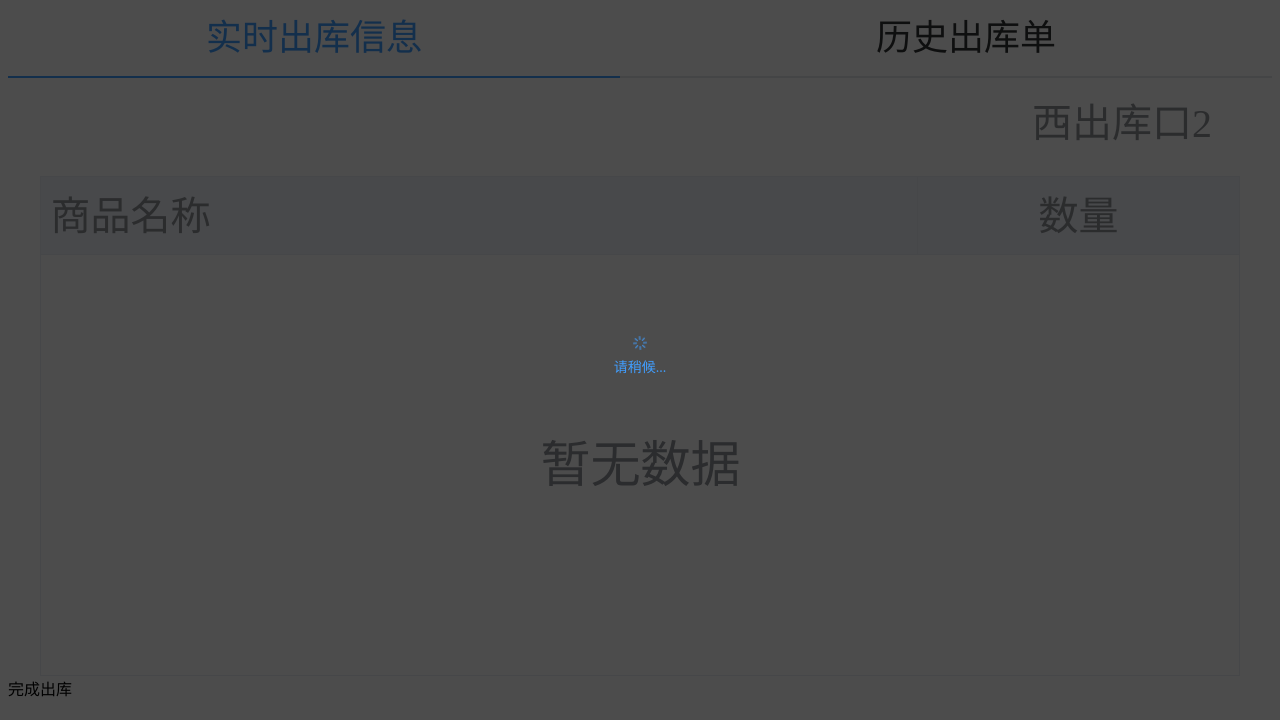
Repository: yaesass/yaesass
Page: /#/InStockDetail (app in scancode/)
An editor plug-in stored every save of this project. The page is shown before and after the next save, followed by the edit.
The browser window is 1280 px wide. The pictures show the whole page.
The page's requests for data from a server got no answer. The project was rebuilt for these pictures with package versions that can differ from the ones it lists, and the page was loaded fresh each time. No one was signed in, and anything a server would have sent is missing. Also part of the build but not shown: scancode/vue.config.js.

Above is the page before, as saved 2022-07-01 11:16:38.

### scancode/src/main.js
import Vue from 'vue'
import App from './App.vue'
import router from './router/index.js'

import ElementUI from 'element-ui';
import 'element-ui/lib/theme-chalk/index.css';

import axios from 'axios'
Vue.use(ElementUI);
Vue.config.productionTip = false
Vue.prototype.$axios = axios
new Vue({
  el: '#app',
  axios,
  router,
  render: h => h(App)
}).$mount('#app')

### scancode/src/App.vue
<template>
  <div id="app">
    <!-- Name {{ Name }} token {{ token }} Type {{ Type }} Remarks {{ Remarks }} -->
    <router-view></router-view>
  </div>
</template>
<script>
export default {
  name: "App",
  data() {
    return {
      // show: "",
      // activeName: "待生产订单",
      // list: [],
      // listLoading: true,
      // queryForm: {
      //   CurrentPage: 1,
      //   PageSize: 999999,
      // },
      // intervalId: null,
      // messageObj: "",
    };
  },
  created() {
    //获取winform数据
    let Name, token, Type, Remarks;
    // Name = this.getQueryString("Name");
    // token = "Bearer" + " " + this.getQueryString("token");
    // Type = this.getQueryString("DeliveryType");
    // Remarks = this.getQueryString("Remarks");
    token =
      "Bearer admin-accessToken-eyJ0eXAiOiJKV1QiLCJhbGciOiJIUzI1NiJ9.eyJpZCI6IkVBNDY5MDAwLUEwRTMtNDM2NS04OEU1LTYzNTk4MUQxNzM2NSIsIm5hbWUiOiLmiavnoIEifQ.ysDSnXIKlGLatjoH2wUIq0r65R8tv9DP_CH0vsOTbN0";
    Name = "out4";
    Type = "out";
    // Name = "in4";
    // Type = "in";
    Remarks = "西出库口2";
    if (Type == "in") {
      this.$router.push({
        name: "InStock",
        params: { Name, token, Type, Remarks },
      });
    } else {
      this.$router.push({
        name: "OutStock",
        params: { Name, token, Type, Remarks },
      });
    }
  },
  beforeDestroy() {
    // this.isDestroyed = true;
    // this.ws.close("测试");
  },
  methods: {
    //接收winform数据
    getQueryString(name) {
      var reg = new RegExp("(^|&)" + name + "=([^&]*)(&|$)");
      var r = window.location.search.substr(1).match(reg);
      if (r != null) return decodeURI(r[2]);
      return null;
    },
  },
};
</script>

### scancode/src/router/index.js
import Vue from 'vue'
import VueRouter from 'vue-router'
// import HomeView from '../views/mainPage/mainPage.vue'

Vue.use(VueRouter)

const routes = [
  {
    path: '/',
    name: 'home',
  },
  {
    path: '/InStock',
    name: 'InStock',
    // route level code-splitting
    // this generates a separate chunk (about.[hash].js) for this route
    // which is lazy-loaded when the route is visited.
    component: () => import(/* webpackChunkName: "about" */ '../views/InStock.vue')
  }, {
    path: '/InStockDetail',
    name: 'InStockDetail',
    // route level code-splitting
    // this generates a separate chunk (about.[hash].js) for this route
    // which is lazy-loaded when the route is visited.
    component: () => import(/* webpackChunkName: "about" */ '../views/InStockDetail.vue')
  }, {
    path: '/OutStock',
    name: 'OutStock',
    // route level code-splitting
    // this generates a separate chunk (about.[hash].js) for this route
    // which is lazy-loaded when the route is visited.
    component: () => import(/* webpackChunkName: "about" */ '../views/OutStock.vue')
  }
]



const router = new VueRouter({
  routes
})

export default router

### scancode/src/views/InStockDetail.vue
<template>
  <div>
    <div class="orderName">{{ orderName }}</div>
    <el-table
      :data="list"
      border
      :header-cell-style="{
        background: '#F2F6FC',
        height: '48px',
        color: '#909399',
        fontSize: '40px',
      }"
      :cell-style="{ padding: '0px' }"
      :row-style="{ height: '97px' }"
      style="font-size: 50px; width: 910px; margin: 0 auto"
      ref="table"
      height="450"
    >
      <el-table-column label="商品名称" style="heihgt: 97px">
        <template slot-scope="scope">
          <span v-html="scope.row.name"></span>
        </template>
      </el-table-column>
      <el-table-column align="center" label="数量" width="323">
        <template slot-scope="scope">
          <div style="color: red">{{ scope.row.num }}</div>
        </template>
      </el-table-column>
    </el-table>
    <div
      style="display: flex; justify-content: space-between; margin: 50px 100px"
    >
      <div v-if="list == ''" class="inzeroa" @click="EditCloseOrderState()">
        <div class="btntxt">取消入库</div>
      </div>
      <div v-else class="inzeroa" @click="DelCodeOrder()">
        <div class="btntxt">回滚订单</div>
      </div>
      <div class="inzero" @click="finish()" disabled>
        <div class="btntxt">完成入库</div>
      </div>
    </div>
  </div>
</template>

<script>
export default {
  name: "InStock",
  data() {
    return {
      token: "",
      Name: "",
      Type: "",
      Remarks: "",
      orderName: "",
      list: [], //列表数据
      errMessage: "", //网络异常提示
      ws: "", //websocket
    };
  },
  created() {
    this.token = this.$route.params.token;
    this.Name = this.$route.params.Name;
    this.Type = this.$route.params.Type;
    this.Remarks = this.$route.params.Remarks;

    this.GetScanningOrder();

    // console.log("扫码页", this.$route.params);
  },
  mounted() {},

  destroyed() {
    // 页面销毁
  },
  methods: {
    //查询有没有正在扫码的订单
    GetScanningOrder(e) {
      let that = this;
      that.list = [];
      that.$axios
        .post(
          "https://www.moondeity.com:8308/api/Areas/OrderInfo/GetScanningOrder",
          {
            Type: that.Name,
          },
          {
            headers: {
              Authorization: that.token,
            },
          }
        )
        .then(function (response) {
          let reqdata = response.data.data;
          // console.log("查询入库订单状态", reqdata.dt);
          if (that.ws != "") {
            that.ws.onclose = function () {
              console.log("主动关闭websocket");
            };
            that.ws.close();
          }
          if (reqdata.dt != "") {
            if (reqdata.dt[0].RealQuantity > 0) {
              //显示已扫描数据
              let num = reqdata.dt[0].RealQuantity;
              let name = reqdata.dt[0].Remarks.split(">")[1].split("第")[0]; //截取remarks获得产品名
              that.list.push({
                id: reqdata.dt[0].ProductId,
                name,
                num,
              });
              console.log("表格list", that.list);
            }
            that.Id = reqdata.dt[0].Id;
            that.orderName = reqdata.dt[0].Remarks.replace("<br/>", "");
            that.start();
          } else {
            let { Name, token, Type, Remarks } = that;
            that.$router.push({
              name: "InStock",
              params: { Name, token, Type, Remarks },
            });
          }
        })
        .catch(function (error) {
          console.log("查询入库订单状态error", error);
          if (that.errMessage == "") {
            if (e == "err") {
              that.$loading().close();
            }
            that.$loading({
              lock: true,
              text: "网络异常，重新连接中",
              spinner: "el-icon-loading",
              background: "rgba(0, 0, 0, 0.7)",
            });
          }

          setTimeout(() => {
            that.GetScanningOrder("err");
          }, 3000);
        });
    },

    //开始websocket
    start() {
      this.$loading({
        lock: true,
        text: "正在与服务器连接...",
        spinner: "el-icon-loading",
        background: "rgba(0, 0, 0, 0.7)",
      });
      let webhttp = "ws://192.168.99.175:8383/" + this.Name;
      var that = this;
      if (window.WebSocket) {
        console.log("  that.ws ", that.ws);

        var wsImpl = window.WebSocket || window.MozWebSocket;
        that.ws = new wsImpl(webhttp);

        that.ws.onmessage = function (e) {
          console.log("Socket消息", e);
          if (e.data != "connect") {
            let temp = JSON.parse(e.data);
            console.log("websocket数据", temp);
            if (temp.code == 201) {
              const h = that.$createElement;
              let tempHtml = h(
                "p",
                {
                  style:
                    " width: 100%; display:flex;align-items: center;justify-content: space-between;",
                },
                [h("span", undefined, temp.msg)]
              );
              that.messageObj = that.$message({
                dangerouslyUseHTMLString: true,
                duration: 2000,
                type: "warning",
                message: tempHtml,
                customClass: "workShop_message",
              });
            }
            if (temp.code == 200) {
              let id = temp.data.Id,
                name = temp.data.Name;
              if (that.list.length == 0) {
                that.list.push({
                  id,
                  name,
                  num: 1,
                });
              } else {
                let key = false,
                  t;
                for (let i in that.list) {
                  if (id == that.list[i].id) {
                    key = true;
                    t = i;
                    that.list[i].num++;
                    break;
                  }
                }
                if (key) {
                  let temp = that.list[t];
                  that.list.splice(t, 1);
                  that.list.push(temp);
                } else {
                  that.list.push({
                    id,
                    name,
                    num: 1,
                  });
                }
              }
              // setTimeout(() => {
              //   that.$refs.table.bodyWrapper.scrollTop =
              //     that.$refs.table.bodyWrapper.scrollHeight;
              // }, 50);
            }
          }
        };
        that.ws.onopen = function () {
          // that.message("连接成功");
          that.$loading().close();

          if (that.errMessage != "") {
            that.errMessage.close();
            that.errMessage = "";
          }
        };
        that.ws.onclose = function (e) {
          console.log("close", e);

          that.reconnect();
        };
        that.ws.error = function () {
          console.log("error");

          that.reconnect();
        };
      }
    },

    reconnect() {
      console.log("reconnect连接断开");

      if (this.errMessage == "") {
        this.$loading().close();
        this.$loading({
          lock: true,
          text: "网络异常，重新连接中...",
          spinner: "el-icon-loading",
          background: "rgba(0, 0, 0, 0.7)",
        });
        const h = this.$createElement;
        let tempHtml = h(
          "p",
          {
            style:
              " width: 100%; display:flex;align-items: center;justify-content: space-between;",
          },
          [h("span", undefined, "网络异常，重新连接中")]
        );
        this.errMessage = this.$message({
          dangerouslyUseHTMLString: true,
          duration: 0,
          type: "error",
          message: tempHtml,
          customClass: "workShop_message",
        });
      }
      var that = this;
      setTimeout(function () {
        that.GetScanningOrder();
      }, 5000);
    },

    //入库订单没有扫码的情况下取消
    EditCloseOrderState() {
      let that = this;
      that
        .$confirm("此操作将取消入库, 是否继续?", "提示", {
          confirmButtonText: "确定",
          cancelButtonText: "取消",
          type: "warning",
        })
        .then(() => {
          that.$axios
            .post(
              "https://www.moondeity.com:8308/api/Areas/OrderInfo/EditCloseOrderState",
              {
                OrderId: that.Id,
              },
              {
                headers: {
                  Authorization: that.token,
                },
              }
            )
            .then(function (response) {
              console.log("入库订单没有扫码的情况下取消", response.data.msg);
              that.message(response.data.msg);
              that.GetScanningOrder();
            })
            .catch(function (error) {
              console.log(error);
            });
        })
        .catch(() => {});
    },

    //入库订单已经扫码的情况下回滚
    DelCodeOrder() {
      let that = this;
      that
        .$confirm("此操作将回滚订单且需重新扫描产品, 是否继续?", "提示", {
          confirmButtonText: "确定",
          cancelButtonText: "取消",
          type: "warning",
        })
        .then(() => {
          that.$axios
            .post(
              "https://www.moondeity.com:8308/api/Areas/OrderInfo/DelCodeOrder",
              {
                Id: that.Id,
              },
              {
                headers: {
                  Authorization: that.token,
                },
              }
            )
            .then(function (response) {
              console.log("入库订单已经扫码的情况下回滚", response.data.msg);
              that.GetScanningOrder();
            })
            .catch(function (error) {
              console.log("入库订单已经扫码的情况下回滚", error);
            });
        })
        .catch(() => {
          // that.message("已取消回滚");
        });
    },

    //完成入库按钮
    finish() {
      let that = this;

      this.$confirm("此操作将上传订单且无法修改, 是否继续?", "提示", {
        confirmButtonText: "确定",
        cancelButtonText: "取消",
        type: "warning",
      })
        .then(() => {
          this.$loading({
            lock: true,
            text: "请稍候...",
            spinner: "el-icon-loading",
            background: "rgba(0, 0, 0, 0.7)",
          });
          that.$axios
            .post(
              "https://www.moondeity.com:8308/api/Areas/OrderInfo/EditOrderState",
              {
                OrderId: that.Id,
                StockType: that.Name,
                StockState: 0,
              },
              {
                headers: {
                  Authorization: that.token,
                },
              }
            )
            .then(function (response) {
              //console.log('EditOrderStateresponse', response.data.msg)
              that.$loading().close();
              that.message(response.data.msg);
              that.GetScanningOrder();
            })
            .catch(function (error) {
              console.log(error);
            });
        })
        .catch(() => {});
    },

    //弹窗提示
    message(msg) {
      //console.log('message')
      if (msg == "success") {
        msg = "成功";
      }
      if (msg == "修改成功") {
        msg = "操作成功";
      }
      const h = this.$createElement;
      let tempHtml = h(
        "p",
        {
          style:
            " width: 100%; display:flex;align-items: center;justify-content: space-between;",
        },
        [h("span", undefined, msg)]
      );
      if (msg.indexOf("成功") != "-1") {
        this.$message({
          dangerouslyUseHTMLString: true,
          duration: 2000,
          type: "success",
          message: tempHtml,
          customClass: "workShop_message",
        });
        return true;
      } else {
        this.$message({
          dangerouslyUseHTMLString: true,
          duration: 2000,
          type: "error",
          message: tempHtml,
          customClass: "workShop_message",
        });
        return false;
      }
    },
  },
};
</script>

<style>
.orderName {
  width: 95%;
  margin: 30px auto;
  font-size: 36px;
  text-align: center;
  overflow: hidden;
  text-overflow: ellipsis;
  white-space: nowrap;
}
.el-table .cell {
  line-height: 50px;
  font-weight: 300;
}
.el-message-box {
  width: 75%;
}
.el-message-box__header,
.el-message-box__status {
  display: none;
}

.el-message-box__message {
  padding: 0 12px !important;
}

.el-message-box__message p {
  padding: 20px 0;
  font-size: 36px;
  line-height: 50px;
}

.el-message-box__btns button {
  margin-left: 40px !important;
  padding: 10px 30px;
  font-size: 36px;
  line-height: 50px;
}

.inzeroa {
  display: flex;
  width: 264px;
  height: 81px;
  border-radius: 15px;
  background: #d8d8d8;
}

.inzeroa .btntxt {
  margin: auto;
  font-size: 50px;
  font-weight: 300;
  color: #aaaaaa;
}

.inzero {
  display: flex;
  width: 264px;
  height: 81px;
  border-radius: 15px;
  background: #409eff;
}

.inzero .btntxt {
  margin: auto;
  font-size: 50px;
  font-weight: 300;
  color: #ffffff;
}
</style>

### scancode/src/views/OutStock.vue
<template>
  <el-tabs v-model="activeName" @tab-click="handleClick">
    <el-tab-pane label="实时出库信息" class="counttable" name="实时出库信息">
      <div class="count">
        <div class="counttxt">{{ Remarks }}</div>
      </div>
      <el-table
        :data="tableData"
        border
        :header-cell-style="{
          background: '#F2F6FC',
          height: '48px',
          color: '#909399',
          fontSize: '40px',
        }"
        style="width: 95%; margin: 40px auto 0 auto; font-size: 50px"
        :cell-style="totalcellcolor"
        height="500"
        :row-style="{ height: '48px' }"
      >
        <el-table-column label="商品名称" style="heihgt: 97px">
          <template slot-scope="scope">
            <span v-html="scope.row.name"></span>
          </template>
        </el-table-column>
        <el-table-column align="center" label="数量" width="323">
          <template slot-scope="scope">
            <div style="color: red">{{ scope.row.num }}</div>
          </template>
        </el-table-column>
      </el-table>
      <div class="zero" @click="zero()">
        <div class="btntxt">完成出库</div>
      </div>
    </el-tab-pane>
    <el-tab-pane label="历史出库单" class="counttable" name="历史出库单">
      <el-table
        :data="tableData"
        border
        :header-cell-style="{
          background: '#F2F6FC',
          height: '48px',
          color: '#909399',
          fontSize: '40px',
        }"
        style="width: 910px; margin: 40px auto; font-size: 25px"
        :cell-style="totalcellcolor"
        height="450"
        :row-style="{ height: '48px' }"
      >
        <el-table-column align="center" prop="product" label="产品名称">
        </el-table-column>
        <el-table-column align="center" prop="time" label="时间">
        </el-table-column>
        <el-table-column align="center" prop="num" label="出库数量">
        </el-table-column>
        <el-table-column align="center" prop="state" label="出库类型">
        </el-table-column>
      </el-table>
    </el-tab-pane>
  </el-tabs>
</template>

<script>
export default {
  name: "InStock",
  data() {
    return {
      token: "",
      Name: "",
      Type: "",
      Remarks: "",
      activeName: "实时出库信息",
      tableData: [], //列表数据
    };
  },
  created() {
    this.token = this.$route.params.token;
    this.Name = this.$route.params.Name;
    this.Type = this.$route.params.Type;
    this.Remarks = this.$route.params.Remarks;

    // console.log("this.$route.params", this.$route.params);
  },
  mounted() {
    this.GetOrderOut();
  },

  destroyed() {
    // 在页面销毁
  },
  methods: {
    //选项卡
    handleClick(e) {
      console.log("点击tab", e.name);
      if (e.name == "实时出库信息") {
        this.GetOrderOut();
      }
      // else {

      // }
    },

    //查询已激活出库单
    GetOrderOut() {
      let that = this;
      this.$loading({
        lock: true,
        text: "请稍候...",
        spinner: "el-icon-loading",
        background: "rgba(0, 0, 0, 0.7)",
      });
      that.$axios
        .post(
          "https://www.moondeity.com:8308/api/Areas/OrderInfo/GetOrderOut",
          {
            Name: that.Name,
          },
          {
            headers: {
              Authorization: that.token,
            },
          }
        )
        .then(function (res) {
          that.$loading().close();
          let reqData = res.data;
          console.log("查询已激活出库单", reqData);
          if (reqData.code == "200") {
            if (reqData.msg == "无激活订单") {
              that.setData({
                outState: "开始出库",
              });
              that.data.outOrderId = "";
            } else {
              that.setData({
                outState: "出库中",
              });
              that.data.outOrderId = reqData.data.model.Id;
              that.GetOrderOutListDetail();
            }
          } else {
            that.message(reqData.msg);
          }
        })
        .catch(function (error) {
          console.log(error);
        });
    },

    //查询出库单明细
    GetOrderOutListDetail() {
      let that = this,
        OrderId = that.data.outOrderId;
      this.$loading({
        lock: true,
        text: "请稍候...",
        spinner: "el-icon-loading",
        background: "rgba(0, 0, 0, 0.7)",
      });

      that.$axios
        .post(
          "https://www.moondeity.com:8308/api/Areas/OrderInfo/GetOrderOutListDetail",
          {
            OrderId,
          },
          {
            headers: {
              Authorization: that.token,
            },
          }
        )
        .then(function (res) {
          that.$loading().close();
          let reqData = res.data;
          console.log("查询出库单明细", reqData);

          if (reqData.code == "200") {
            let dt = reqData.data.dts;
            if (dt == "") {
              that.setData({
                list: [],
              });
              // console.log("无返回", that.data.list);
            } else {
              that.setData({
                list: dt,
              });
            }
          } else {
            that.message(reqData.msg);
          }
        })
        .catch(function (error) {
          console.log(error);
        });
    },
    //弹窗提示
    message(msg) {
      //console.log('message')
      if (msg == "success") {
        msg = "成功";
      }
      const h = this.$createElement;
      let tempHtml = h(
        "p",
        {
          style:
            " width: 100%; display:flex;align-items: center;justify-content: space-between;",
        },
        [h("span", undefined, msg)]
      );
      if (msg.indexOf("成功") != "-1") {
        this.$message({
          dangerouslyUseHTMLString: true,
          duration: 2000,
          type: "success",
          message: tempHtml,
          customClass: "workShop_message",
        });
        return true;
      }
      if (msg == "网络连接失败") {
        this.$message({
          dangerouslyUseHTMLString: true,
          duration: 2000,
          type: "error",
          message: tempHtml,
          customClass: "workShop_message",
        });
        return false;
      } else {
        this.$message({
          dangerouslyUseHTMLString: true,
          duration: 2000,
          type: "error",
          message: tempHtml,
          customClass: "workShop_message",
        });
        return false;
      }
    },
    totalcellcolor({ row, column, rowIndex, columnIndex }) {
      row, column, rowIndex;
      if (columnIndex == 1) {
        return "color:red";
      }
    },
  },
};
</script>

<style>
.el-table {
  width: 100%;
  display: flex;
  flex-direction: column;
}

.el-table__body-wrapper {
  flex: 1;
}

.el-tabs__nav {
  width: 100%;
}
.el-tabs__item {
  margin-top: 10px;
  width: 50%;
  height: 60px;
  text-align: center;
  font-size: 36px;
  font-weight: 300;
  letter-spacing: 0em;
}

.count {
  display: flex;
  justify-content: right;
  margin: 20px 60px 20px 0;
}

.count .counttxt {
  font-size: 40px;
  font-weight: normal;
  line-height: 24px;
  letter-spacing: 0px;
  color: #909399;
}

.counttable .el-table .cell {
  line-height: 50px;
  font-weight: 300;
}

.workShop_message {
  width: 40%;
  font-size: 30px;
  color: #ff7d38;
}

.workShop_message .btn {
  padding: 5px 10px;
  cursor: pointer;
  background: #ffb89143;
  border: 2px solid #ffb89143;
  border-radius: 10px;
}
</style>

Loaded but not shown: scancode/public/index.html (common file)

After the next save:
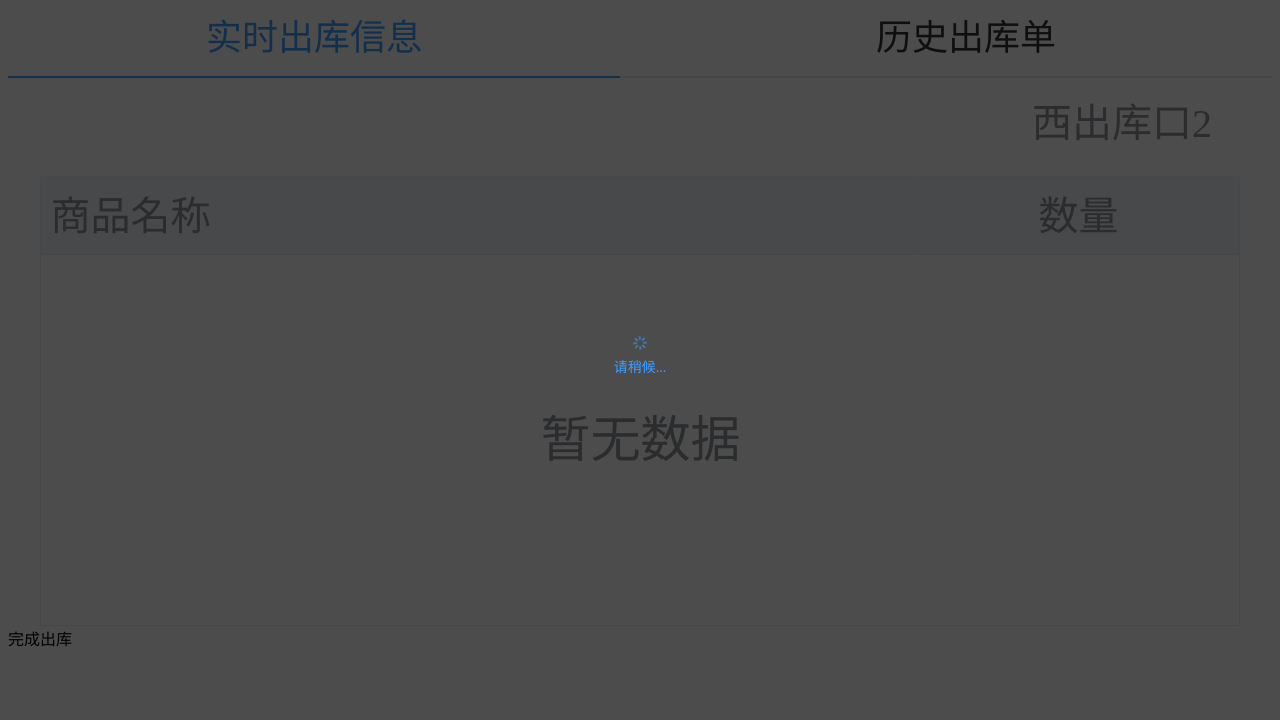
Saved 74 s later.
--- a/scancode/src/views/OutStock.vue
+++ b/scancode/src/views/OutStock.vue
@@ -15,7 +15,7 @@
         }"
         style="width: 95%; margin: 40px auto 0 auto; font-size: 50px"
         :cell-style="totalcellcolor"
-        height="500"
+        height="450"
         :row-style="{ height: '48px' }"
       >
         <el-table-column label="商品名称" style="heihgt: 97px">
